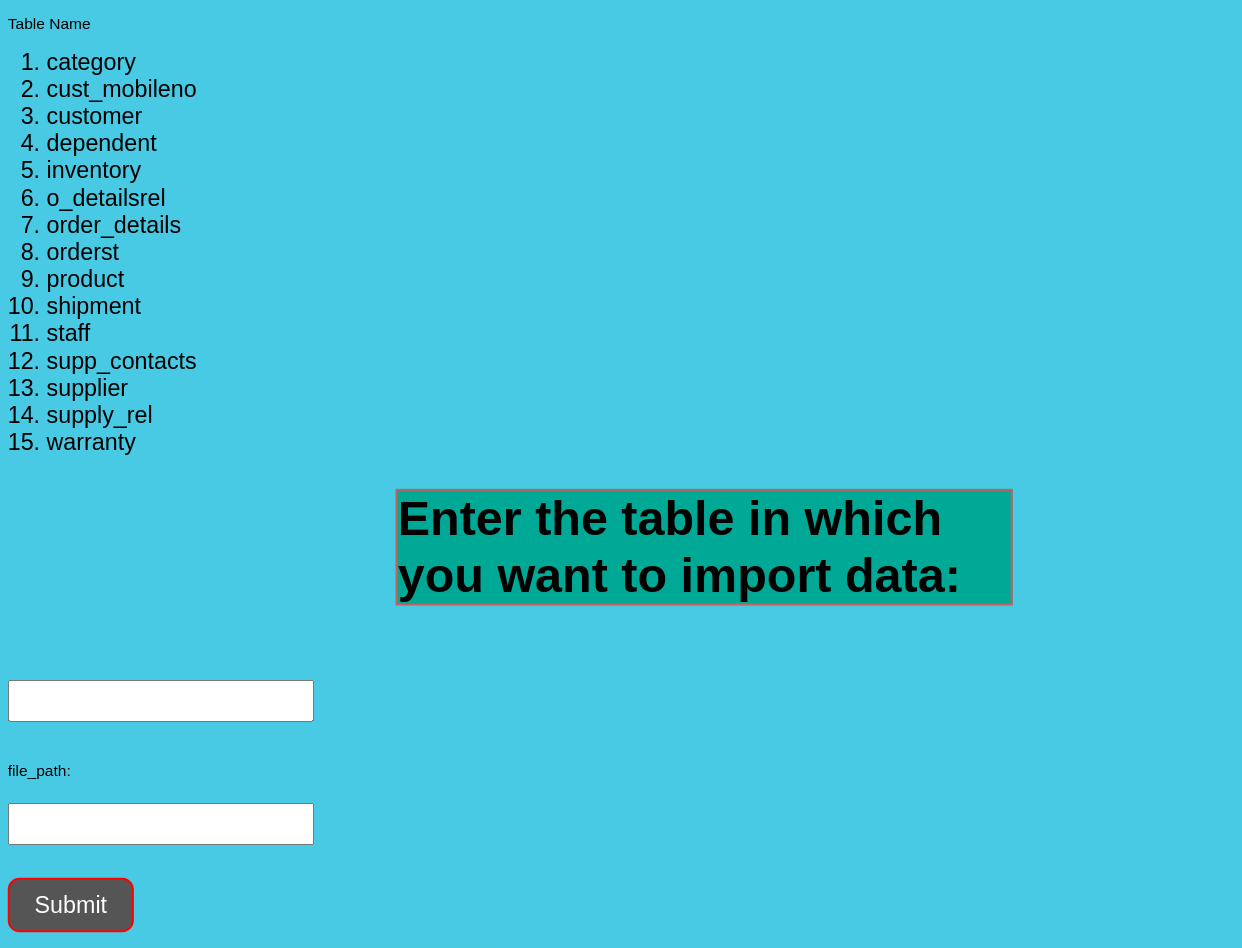
Repository: cyrusdwivedi2002/inventory-management-system
Page: DemoApp/src/main/webapp/import.html
The author's editor kept a copy of each file at every save. The page is drawn from the files as they stood at one save, then again after the next save.
The browser window is 1280 px wide. The pictures show the whole page, at 97% of full size.
Some web fonts or font styles are not loaded; a fallback is used.

Above is the page before, as saved 2022-06-24 19:20:24.

### DemoApp/src/main/webapp/import.html
<!DOCTYPE html>
<html>
<head>
<meta charset="ISO-8859-1">

<link rel="preconnect" href="https://fonts.googleapis.com">
<link rel="preconnect" href="https://fonts.gstatic.com" crossorigin>
<link href="https://fonts.googleapis.com/css2?family=Anek+Latin:wght@500&family=Smooch&display=swap" rel="stylesheet">
<style>

body {
background-color: #48cae4;
font-family: 'Anek Latin', sans-serif;
}

h1{
color: black;
background-color:#00a896;
width: 50%;
margin-left:8em;
padding-right:0;
border: 2px solid indianred;
font-size:50px;
}

li{
font-size:x-large;
}
input{
  width: 25%;
  padding-top:12px;
  padding-bottom:12px;
  margin: 8px 0;
  box-sizing: border-box;
}
input[type=text]:focus {
  border: 3px solid #555;
}
#button{
background-color: #555555;
color:white;
font-size: 24px;
width:130px;
border-radius: 12px;
border:2px solid red;
}
#button:hover{
cursor:pointer;
background-color:#ef476f;
box-shadow: 0 12px 16px 0 rgba(0,0,0,0.75), 0 17px 50px 0 rgba(0,0,0,0.50);
transition: all 0.4s;
}
#button:active {
  background-color: #4CAF50; /* Green */
  color: white;
}

</style>

<title>Insert title here</title>
</head>
<body>
<form action = "./ImportTable" method = "post">
	 <p>Table Name</p>
	 <ol>
  <li>category</li>
  <li>cust_mobileno</li>
  <li>customer</li>
  <li>dependent</li>
  <li>inventory</li>
  <li>o_detailsrel</li>
  <li>order_details</li>
  <li>orderst</li>
  <li>product</li>
  <li>shipment</li>
  <li>staff</li>
  <li>supp_contacts</li>
  <li>supplier</li>
  <li>supply_rel</li>
  <li>warranty</li>
	</ol>

	<h1>Enter the table in which you want to import data: </h1>
	  <br/><br/>
	 <input type="text" name="table_name"/>
	 <br/><br/>
	 <p>file_path:</p>
     <input type="text" name="file_path"/>
     <br/><br/>
	  <input id="button" type="submit"/>

</form>


</body>
</html>

After the next save:
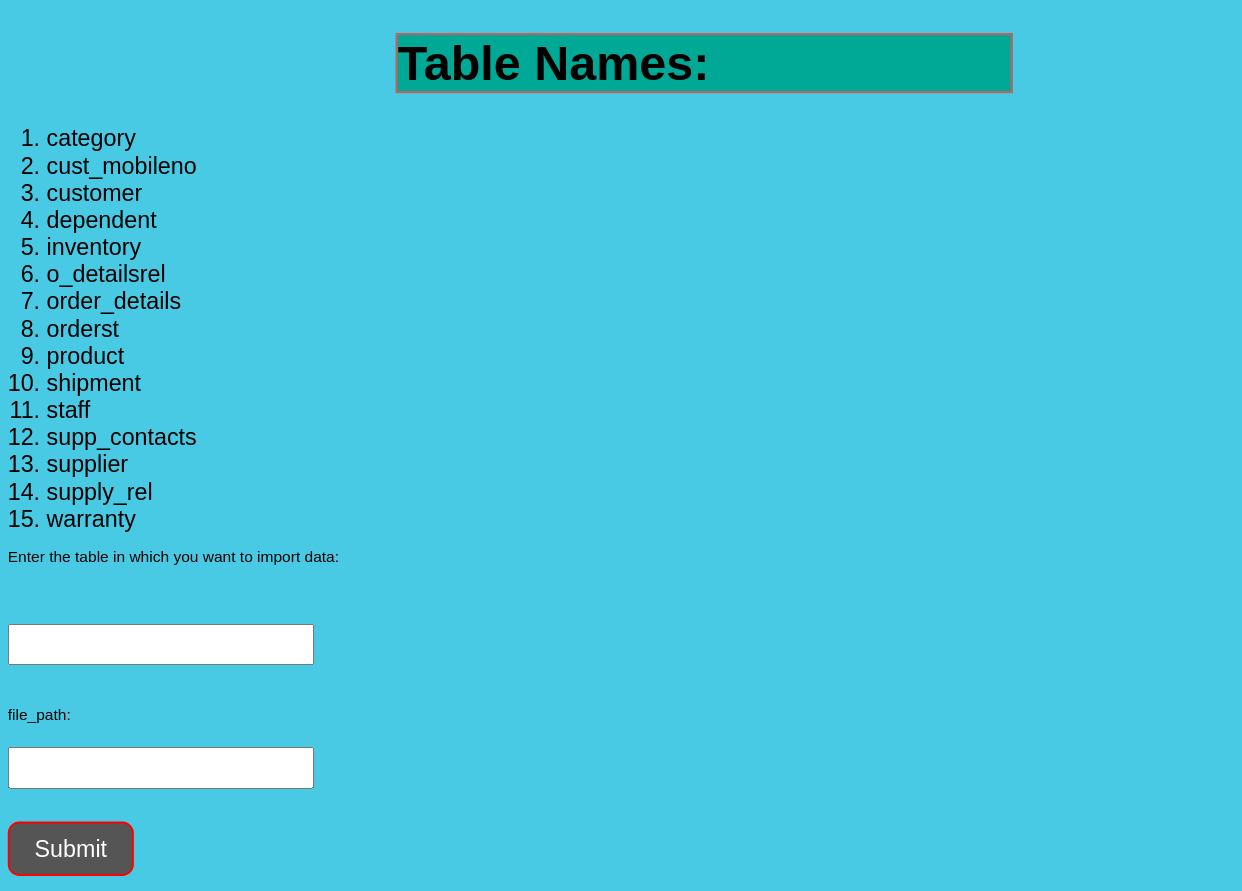
Saved 46 s later.
--- a/DemoApp/src/main/webapp/import.html
+++ b/DemoApp/src/main/webapp/import.html
@@ -61,7 +61,7 @@ transition: all 0.4s;
 </head>
 <body>
 <form action = "./ImportTable" method = "post">
-	 <p>Table Name</p>
+	 <h1>Table Names:</h1>
 	 <ol>
   <li>category</li>
   <li>cust_mobileno</li>
@@ -80,7 +80,7 @@ transition: all 0.4s;
   <li>warranty</li>
 	</ol>
 
-	<h1>Enter the table in which you want to import data: </h1>
+	<p>Enter the table in which you want to import data: </p>
 	  <br/><br/>
 	 <input type="text" name="table_name"/>
 	 <br/><br/>
